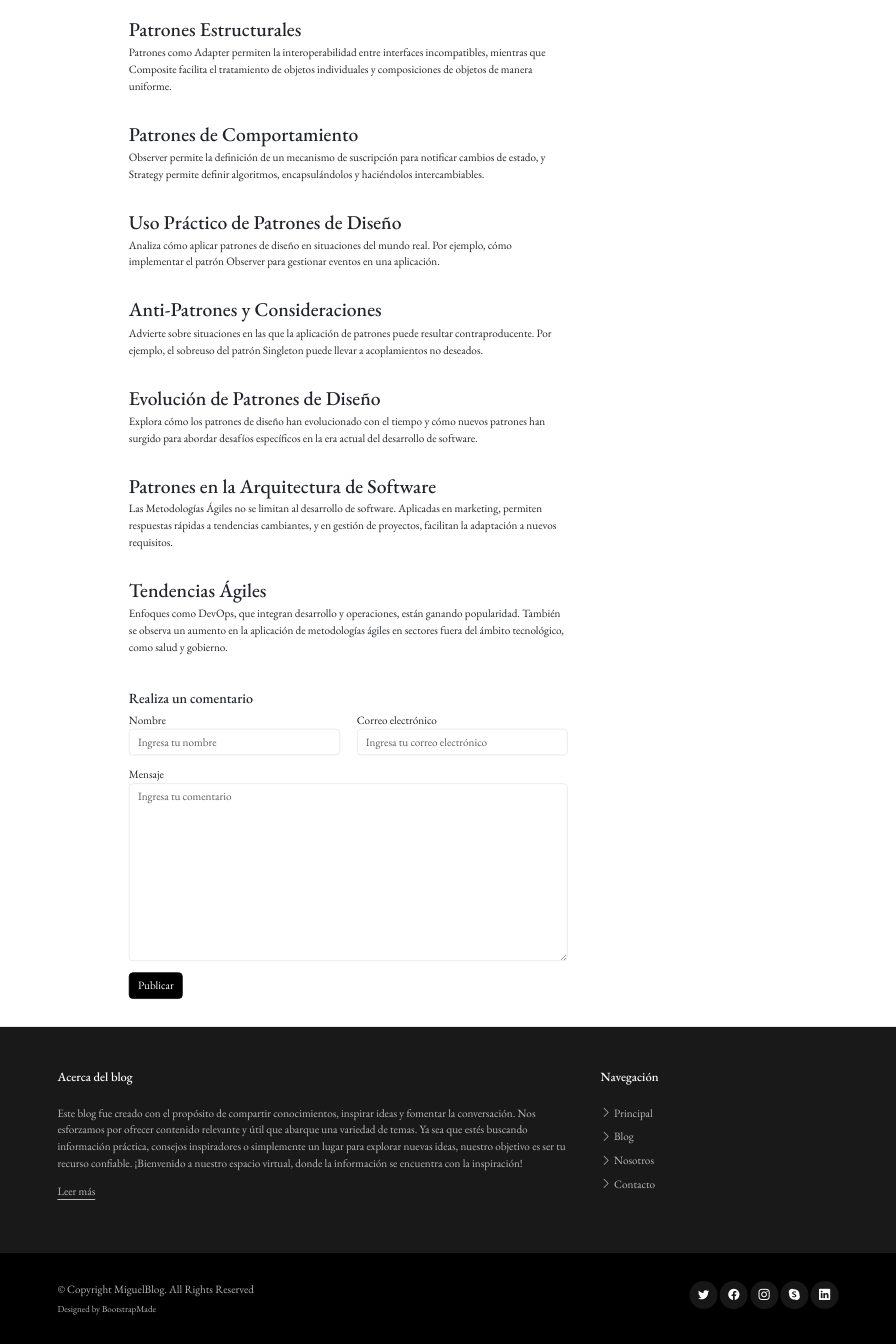
Repository: MiguelDev5/blog-miguel
Page: post-pd.html
These files come from the project's save history. The page is drawn as it stood at one moment and after the next save; the edit follows.
The browser window is 1280 px wide. The pictures show the part of the page from y = 1120 to 3040 px (the page is 3040 px tall before and 3016 px after), at 70% of full size.
Some web fonts or font styles are not loaded; a fallback is used.

Above is the page before, as saved 2024-01-01 20:32:10.

After the next save:
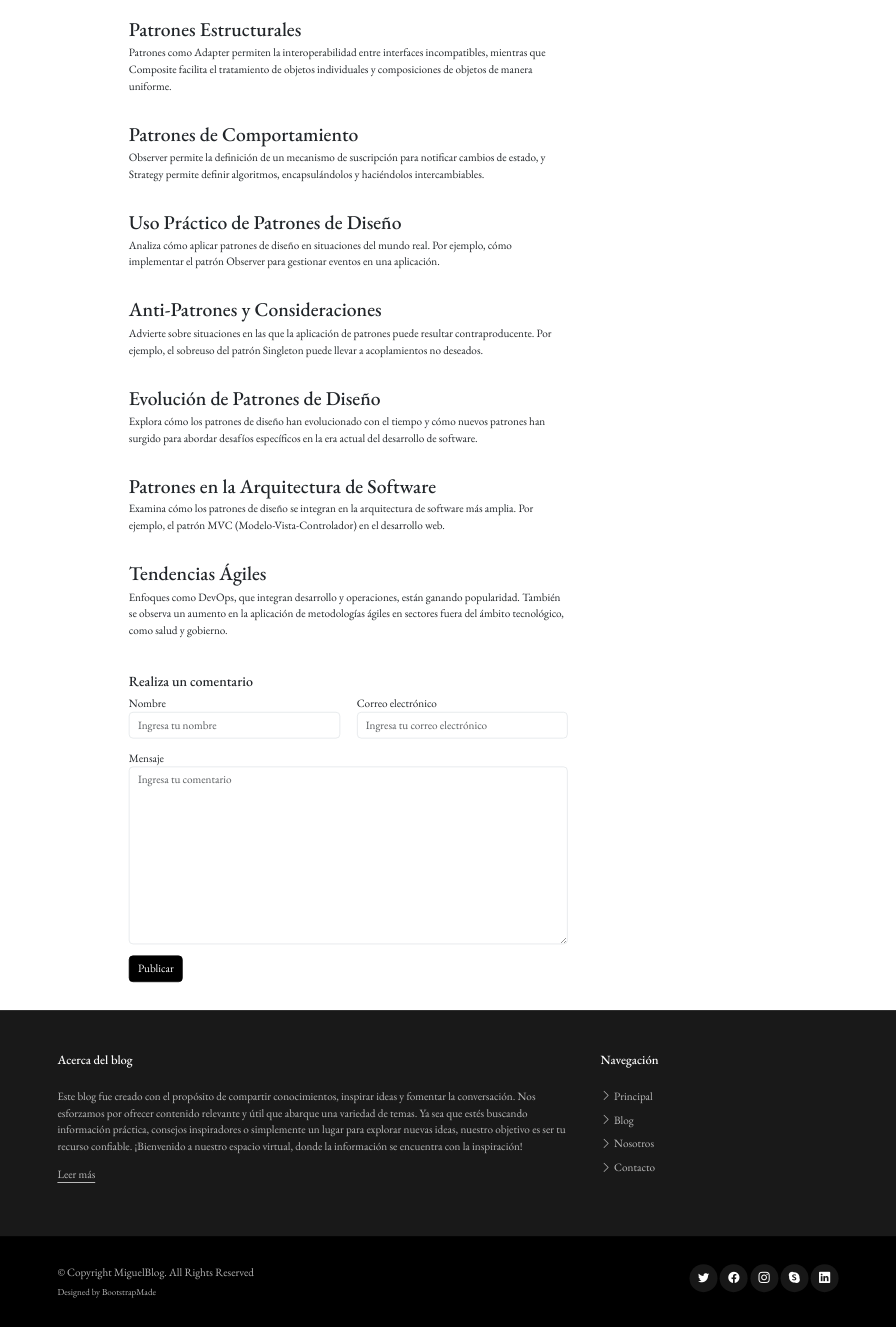
Saved 8 s later.
--- a/post-pd.html
+++ b/post-pd.html
@@ -131,7 +131,7 @@
 
               <br/>
               <h3 class="mb-1">Patrones en la Arquitectura de Software</h3>
-              <p>Las Metodologías Ágiles no se limitan al desarrollo de software. Aplicadas en marketing, permiten respuestas rápidas a tendencias cambiantes, y en gestión de proyectos, facilitan la adaptación a nuevos requisitos.</p>
+              <p>Examina cómo los patrones de diseño se integran en la arquitectura de software más amplia. Por ejemplo, el patrón MVC (Modelo-Vista-Controlador) en el desarrollo web.</p>
 
               <br/>
               <h3 class="mb-1">Tendencias Ágiles</h3>
